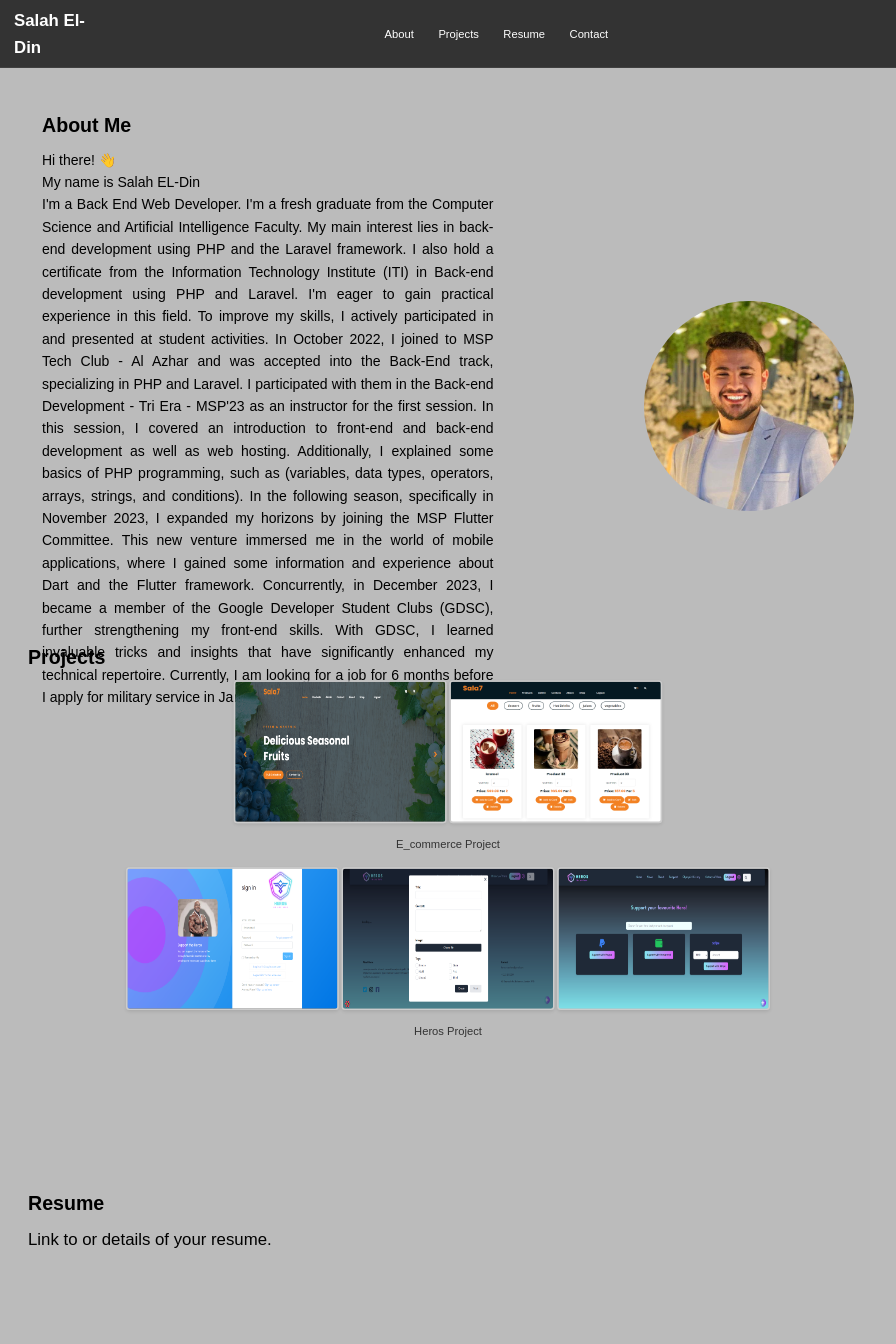
Repository: Salah-Wael/Salah-EL-Din-Portfolio
Page: index.html
An editor plug-in stored every save of this project. The page is shown before and after the next save, followed by the edit.
The browser window is 1280 px wide. The pictures show the part of the page from y = 0 to 1920 px (the page is 3237 px tall), at 70% of full size.

Above is the page before, as saved 2024-07-13 05:15:52.

After the next save:
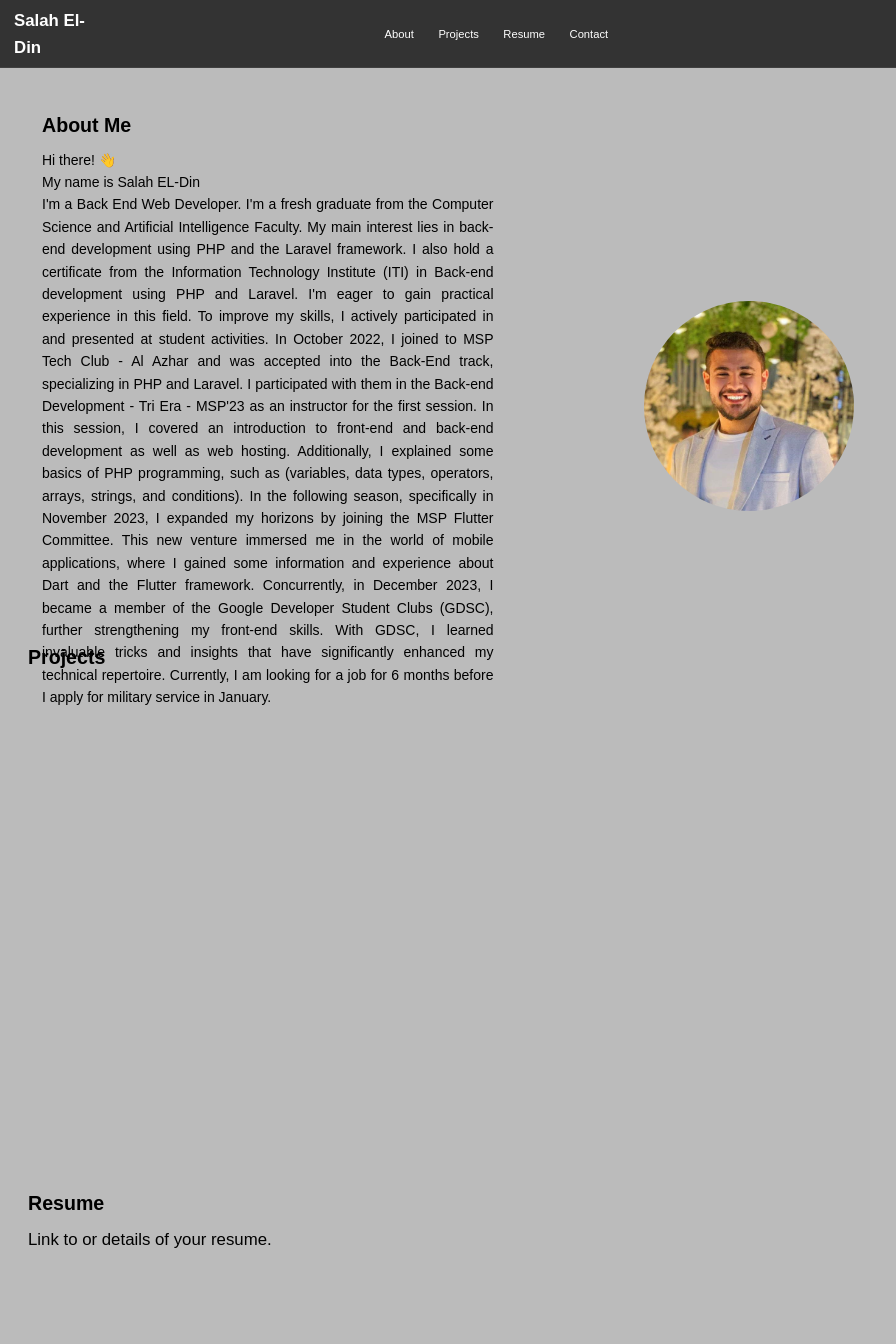
Saved 106 s later.
--- a/index.html
+++ b/index.html
@@ -39,7 +39,7 @@
     <h2>Projects</h2>
 
     <div class="projects-container">
-      <div class="project">
+      <!-- <div class="project">
         <a href="https://sala7.great-site.net/" target="_blank">
           <img src="img/projects/ecommerce home.png" alt="Sala7 E_commerce">
           <img src="img/projects/products.png" alt="Sala7 E_commerce">
@@ -53,7 +53,7 @@
           <img src="img/projects/heros payment.png" alt="heros payment">
           <p>Heros Project</p>
         </a>
-      </div>
+      </div> -->
     </div>
   </section>
   <section id="resume">
